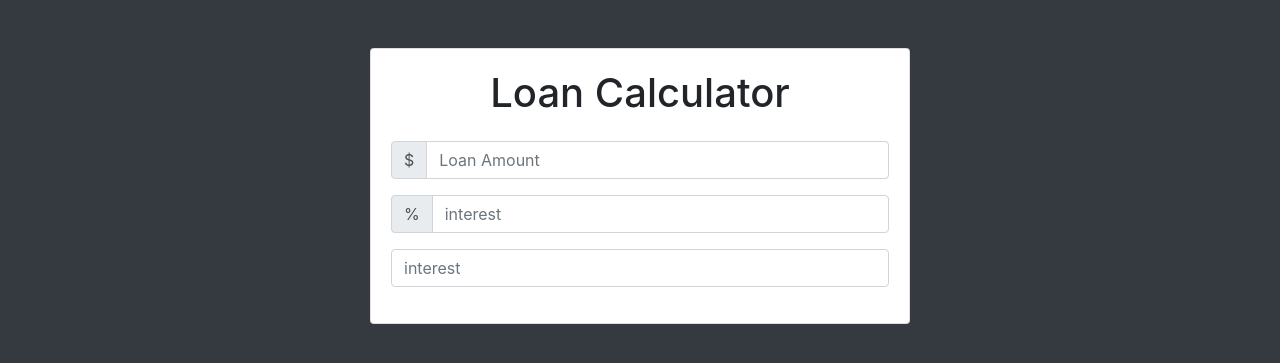
Repository: varun-project/LearningJs
Page: index.html
The author's editor kept a copy of each file at every save. The page is drawn from the files as they stood at one save, then again after the next save.
The browser window is 1280 px wide. The pictures show the whole page.

Above is the page before, as saved 2019-07-28 17:02:42.

After the next save:
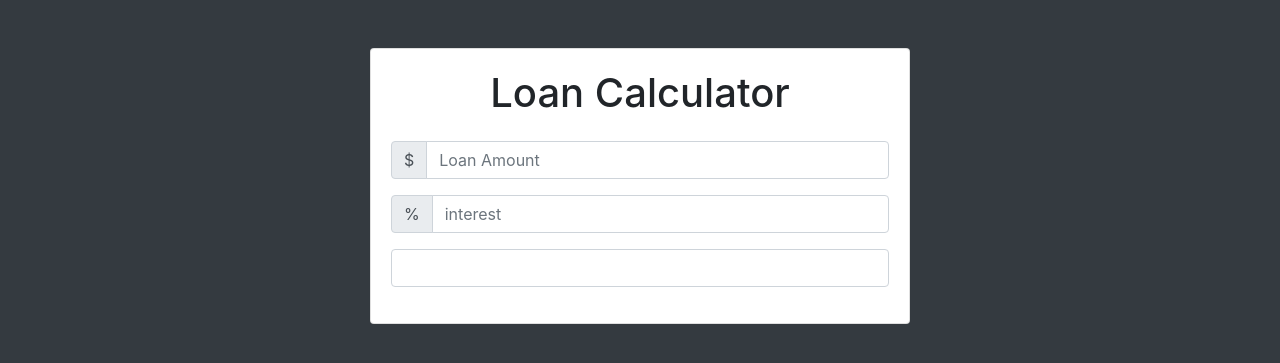
Saved 8 min 2 s later.
--- a/index.html
+++ b/index.html
@@ -53,7 +53,7 @@
                 </div>
               <div class="form-group">
                   <input
-                  type="number"
+                  type="button"
                   class="form-control"
                   id="interest"
                   placeholder="interest"

After the 4 saves that followed:
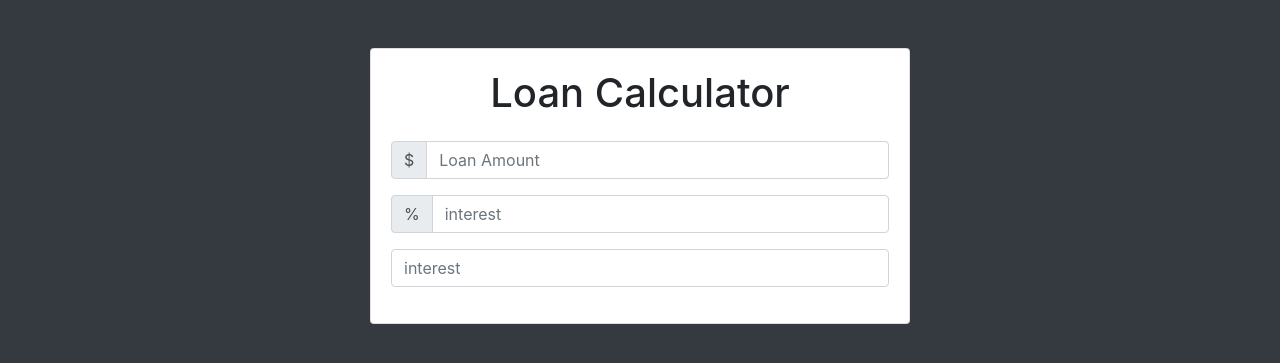
The 4 saves are shown as one change because they came seconds apart.
The last was saved 67 s later.
--- a/index.html
+++ b/index.html
@@ -53,7 +53,7 @@
                 </div>
               <div class="form-group">
                   <input
-                  type="button"
+                  type="number"
                   class="form-control"
                   id="interest"
                   placeholder="interest"
